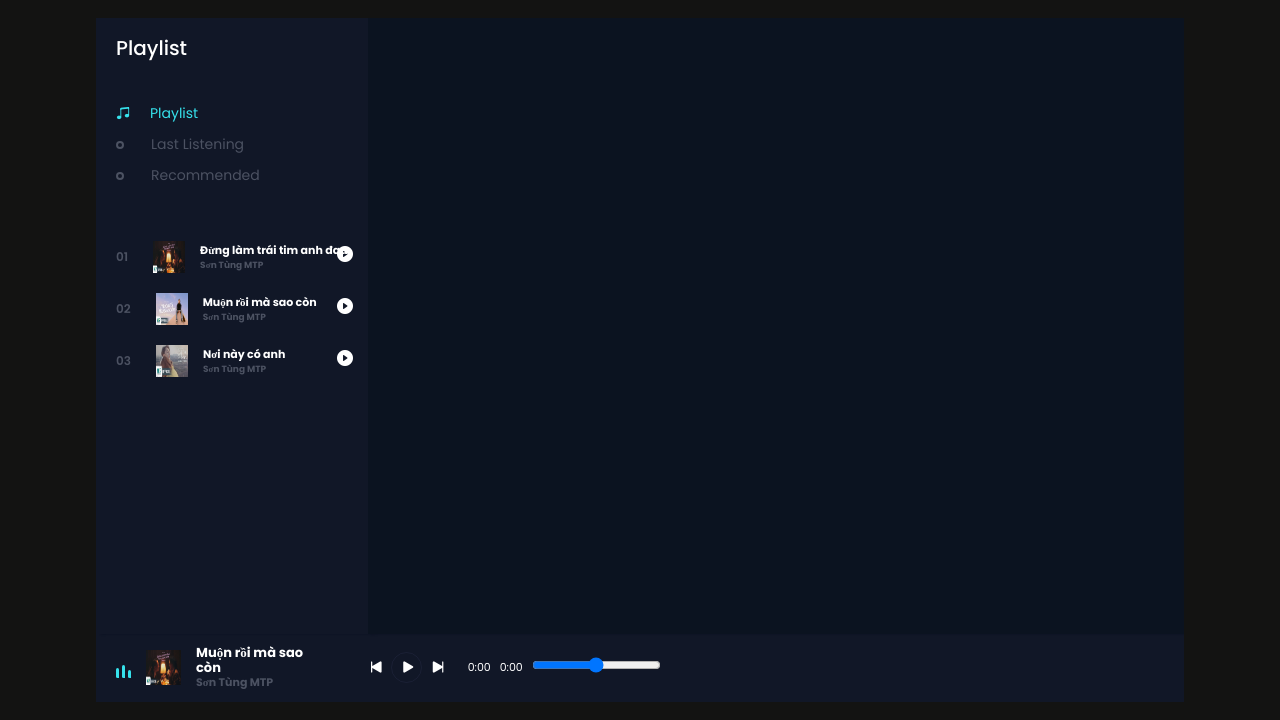
Repository: reminzuetto/Music-Website
Page: index.html
An editor plug-in stored every save of this project. The page is shown before and after the next save, followed by the edit.
The browser window is 1280 px wide. The pictures show the whole page.

Above is the page before, as saved 2024-06-10 23:57:09.

After the next save:
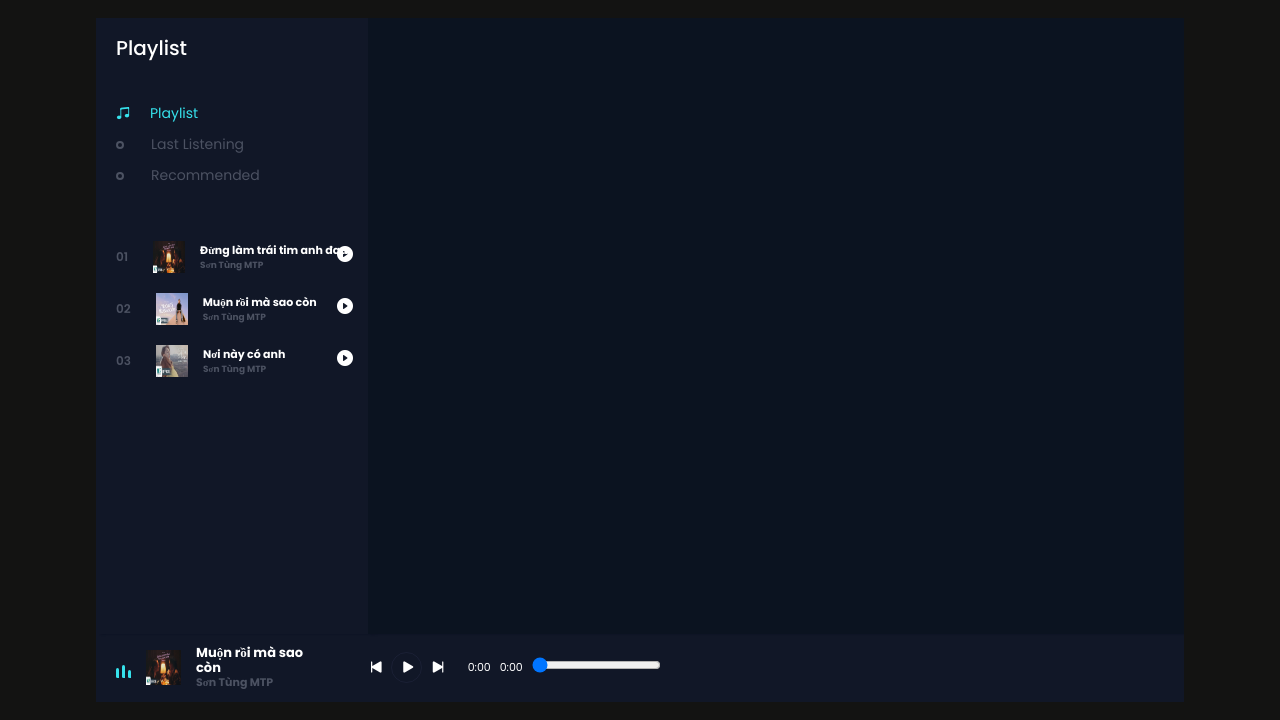
Saved 6 s later.
--- a/index.html
+++ b/index.html
@@ -84,7 +84,7 @@
         <span class="currentStart">0:00</span>
         <span class="currentEnd">0:00</span>
         <div class="bar">
-          <input type="range" id="seek" min="0" value=" 0" />
+          <input type="range" id="seek" min="0" value="0" max="100" />
         </div>
       </div>
     </header>
